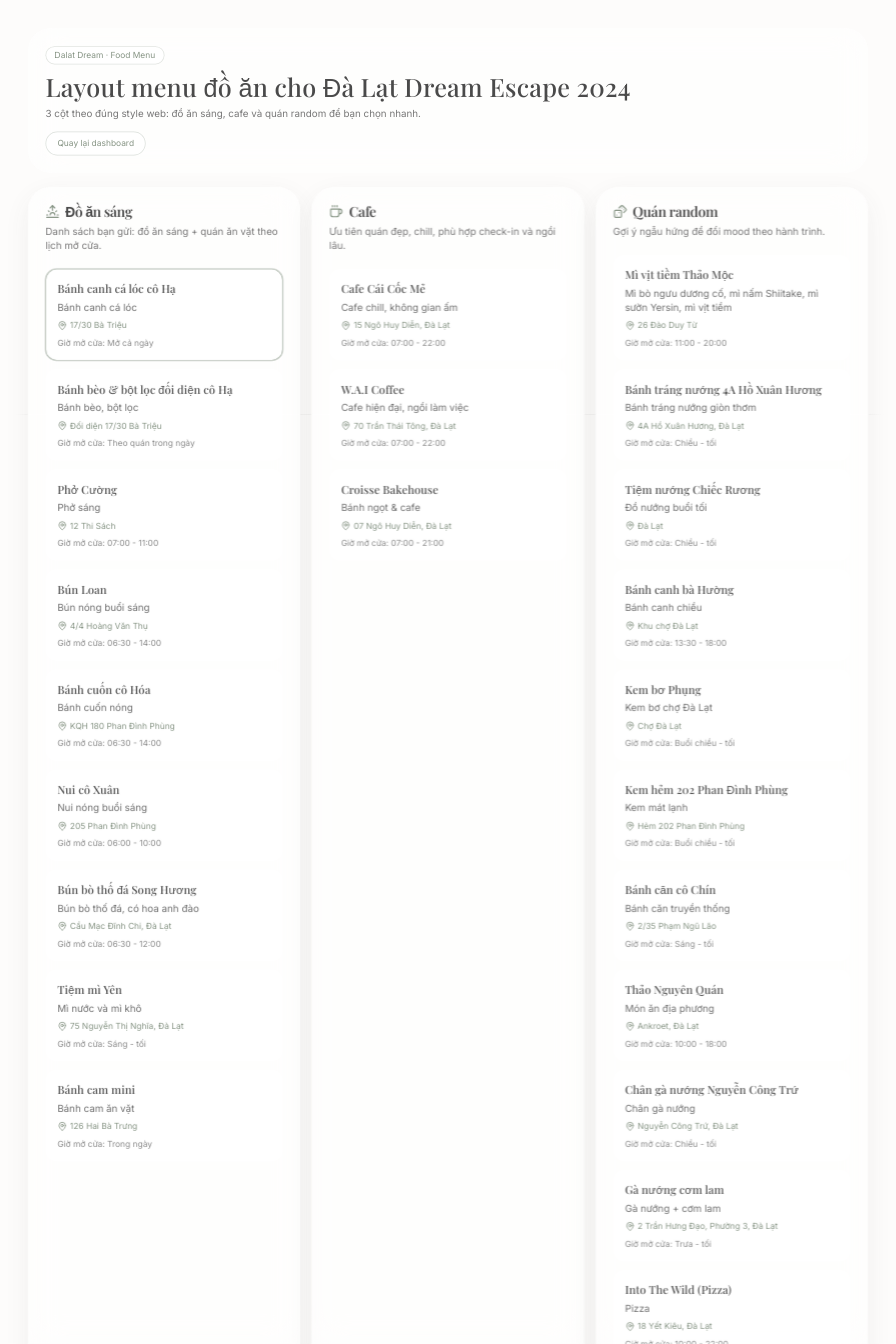
Repository: ferbdev-byte/tripdalat
Page: /trips/dalat-2024/food-menu
These files come from the project's save history. The page is drawn as it stood at one moment and after the next save; the edit follows.
The browser window is 1280 px wide. The pictures show the part of the page from y = 0 to 1920 px (the page is 2774 px tall before and 2785 px after), at 70% of full size.
Some web fonts or font styles are not loaded; a fallback is used. The project was rebuilt for these pictures with package versions that can differ from the ones it lists, and the page was loaded fresh each time. The framework's server and built-in components were replaced by stand-ins that run in the browser.

Above is the page before, as saved 2026-03-14 03:35:56.

After the next save:
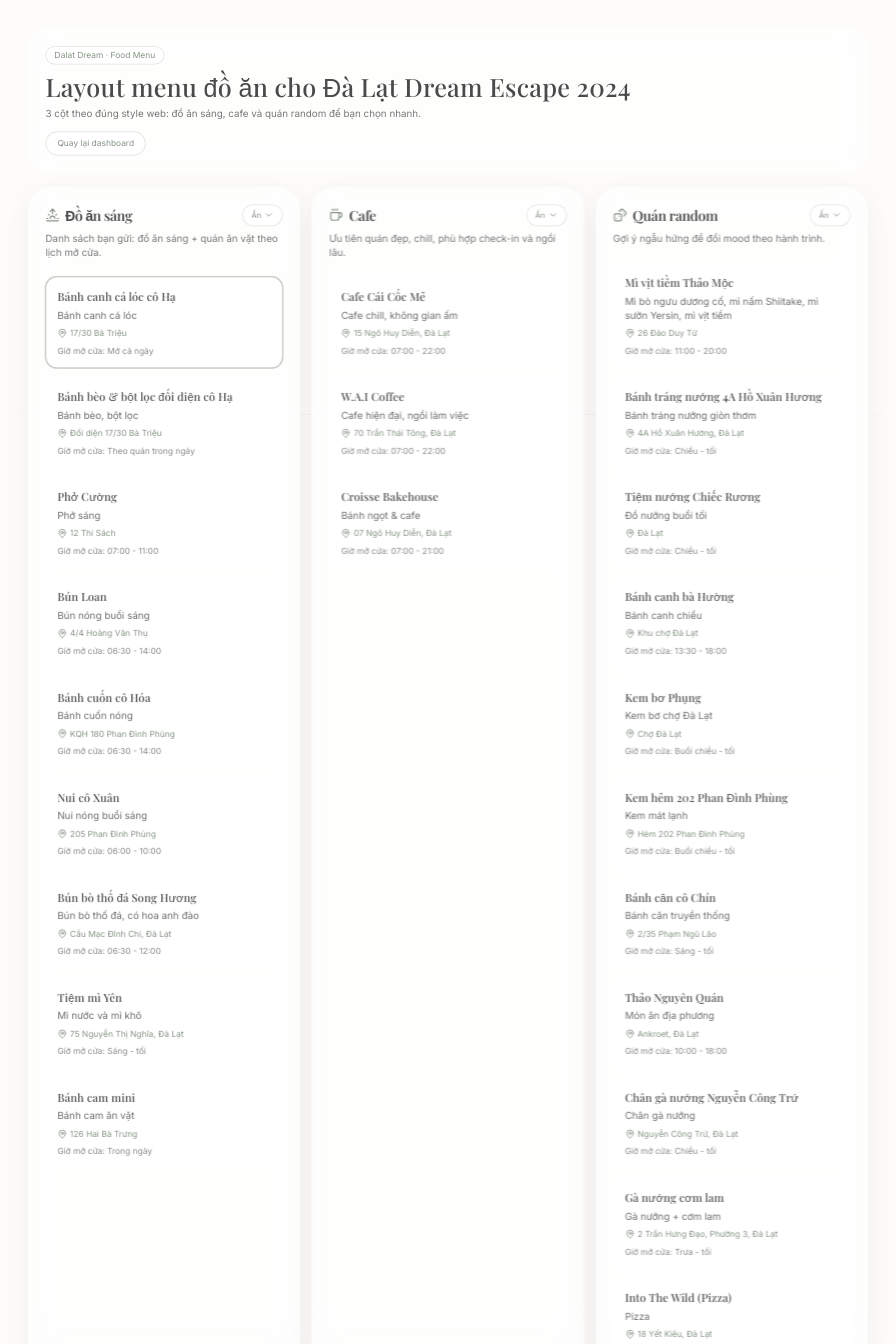
Saved 99 s later.
--- a/src/app/(dashboard)/trips/[tripId]/food-menu/page.tsx
+++ b/src/app/(dashboard)/trips/[tripId]/food-menu/page.tsx
@@ -2,7 +2,7 @@
 
 import dynamic from 'next/dynamic';
 import Link from 'next/link';
-import { Coffee, Dices, MapPin, MapPinned, Sunrise } from 'lucide-react';
+import { ChevronDown, Coffee, Dices, MapPin, MapPinned, Sunrise } from 'lucide-react';
 import { useEffect, useMemo, useState } from 'react';
 import { Card, CardContent, CardDescription, CardHeader, CardTitle } from '../../../../../components/ui/card';
 import { getTripById } from '../../../../../data/mockData';
@@ -308,34 +308,48 @@ function MenuColumn({
   selectedSpotId: string | null;
   onSelectSpot: (spotId: string) => void;
 }) {
+  const [isExpanded, setIsExpanded] = useState(true);
+
   return (
     <Card className="h-full rounded-dalat border border-white/25 bg-white/50 backdrop-blur-xl shadow-[0_14px_36px_rgba(74,74,74,0.08)]">
       <CardHeader className="p-5 sm:p-6">
-        <CardTitle className="inline-flex items-center gap-2 text-[#4A4A4A]" style={{ fontFamily: 'var(--font-heading), serif' }}>
-          {icon}
-          {title}
-        </CardTitle>
+        <div className="flex items-center justify-between gap-3">
+          <CardTitle className="inline-flex items-center gap-2 text-[#4A4A4A]" style={{ fontFamily: 'var(--font-heading), serif' }}>
+            {icon}
+            {title}
+          </CardTitle>
+          <button
+            type="button"
+            onClick={() => setIsExpanded((previous) => !previous)}
+            className="inline-flex items-center gap-1 rounded-full border border-pine/25 bg-white/70 px-3 py-1.5 text-[11px] text-pine transition hover:bg-white"
+          >
+            {isExpanded ? 'Ẩn' : 'Hiện'}
+            <ChevronDown className={`h-3.5 w-3.5 transition-transform ${isExpanded ? '' : '-rotate-90'}`} />
+          </button>
+        </div>
         <CardDescription>{description}</CardDescription>
       </CardHeader>
-      <CardContent className="space-y-3 p-5 pt-0 sm:p-6 sm:pt-0">
-        {spots.map((spot) => (
-          <article
-            key={spot.id}
-            onClick={() => onSelectSpot(spot.id)}
-            className={`cursor-pointer rounded-2xl border bg-white/65 p-4 transition ${selectedSpotId === spot.id ? 'border-pine/60 ring-1 ring-pine/40' : 'border-white/35 hover:border-pine/35'}`}
-          >
-            <h3 className="text-base text-[#4A4A4A]" style={{ fontFamily: 'var(--font-heading), serif' }}>
-              {spot.name}
-            </h3>
-            <p className="mt-1 text-sm text-[#4A4A4A]/80">{spot.specialty}</p>
-            <p className="mt-2 inline-flex items-center gap-1 text-xs text-pine">
-              <MapPin className="h-3.5 w-3.5" />
-              {spot.address}
-            </p>
-            <p className="mt-1 text-xs text-[#4A4A4A]/65">Giờ mở cửa: {spot.openHours}</p>
-          </article>
-        ))}
-      </CardContent>
+      {isExpanded && (
+        <CardContent className="space-y-3 p-5 pt-0 sm:p-6 sm:pt-0">
+          {spots.map((spot) => (
+            <article
+              key={spot.id}
+              onClick={() => onSelectSpot(spot.id)}
+              className={`cursor-pointer rounded-2xl border bg-white/65 p-4 transition ${selectedSpotId === spot.id ? 'border-pine/60 ring-1 ring-pine/40' : 'border-white/35 hover:border-pine/35'}`}
+            >
+              <h3 className="text-base text-[#4A4A4A]" style={{ fontFamily: 'var(--font-heading), serif' }}>
+                {spot.name}
+              </h3>
+              <p className="mt-1 text-sm text-[#4A4A4A]/80">{spot.specialty}</p>
+              <p className="mt-2 inline-flex items-center gap-1 text-xs text-pine">
+                <MapPin className="h-3.5 w-3.5" />
+                {spot.address}
+              </p>
+              <p className="mt-1 text-xs text-[#4A4A4A]/65">Giờ mở cửa: {spot.openHours}</p>
+            </article>
+          ))}
+        </CardContent>
+      )}
     </Card>
   );
 }
